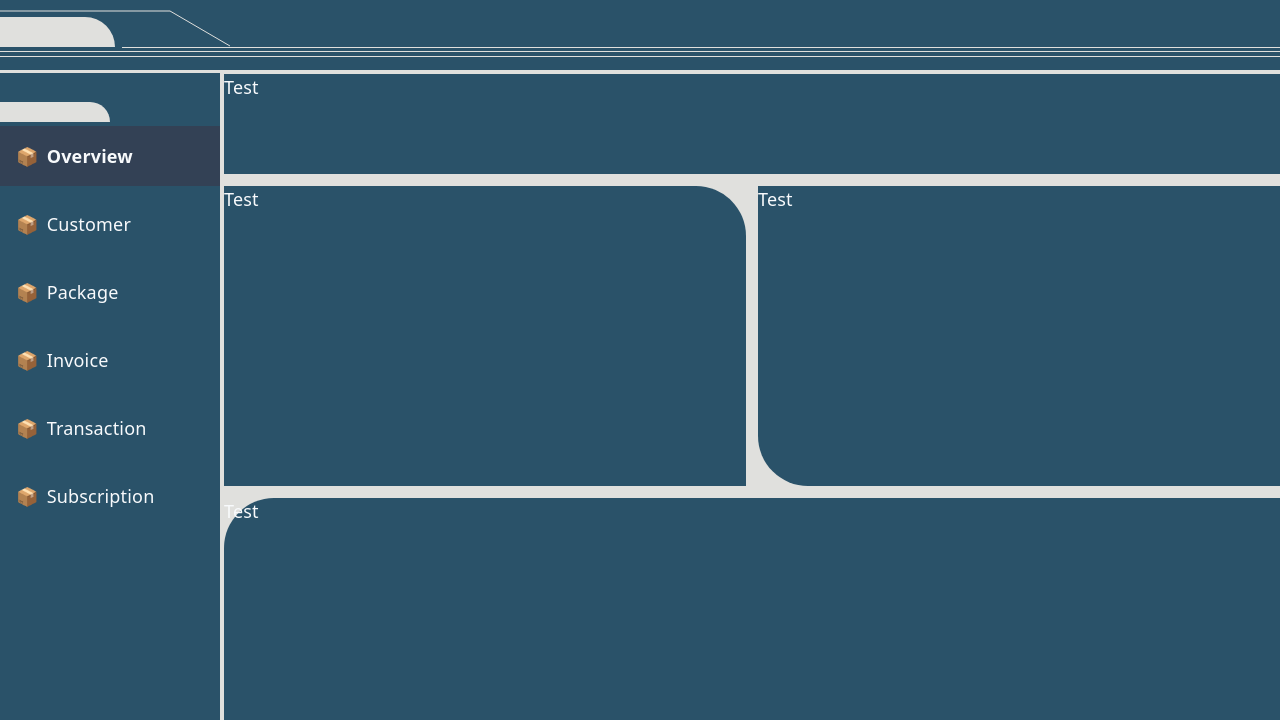
Repository: Farazdaq/stripe-payment-integration
Page: /dashboard (app in stripe-integration-react-dashboard/)
These files come from the project's save history. The page is drawn as it stood at one moment and after the next save; the edit follows.
The browser window is 1280 px wide. The pictures show the whole page.
An inner scrolling area shows only its first screen. The project was rebuilt for these pictures with package versions that can differ from the ones it lists, and the page was loaded fresh each time. Also part of the build but not shown: stripe-integration-react-dashboard/vite.config.ts, stripe-integration-react-dashboard/src/App.css, stripe-integration-react-dashboard/src/features/dashboard/pages/Customer.tsx, stripe-integration-react-dashboard/src/features/dashboard/pages/Package.tsx, stripe-integration-react-dashboard/src/features/dashboard/pages/Invoice.tsx, stripe-integration-react-dashboard/src/features/dashboard/pages/Transaction.tsx, stripe-integration-react-dashboard/src/features/dashboard/pages/Subscription.tsx.

Above is the page before, as saved 2026-05-12 17:00:28.

After the next save:
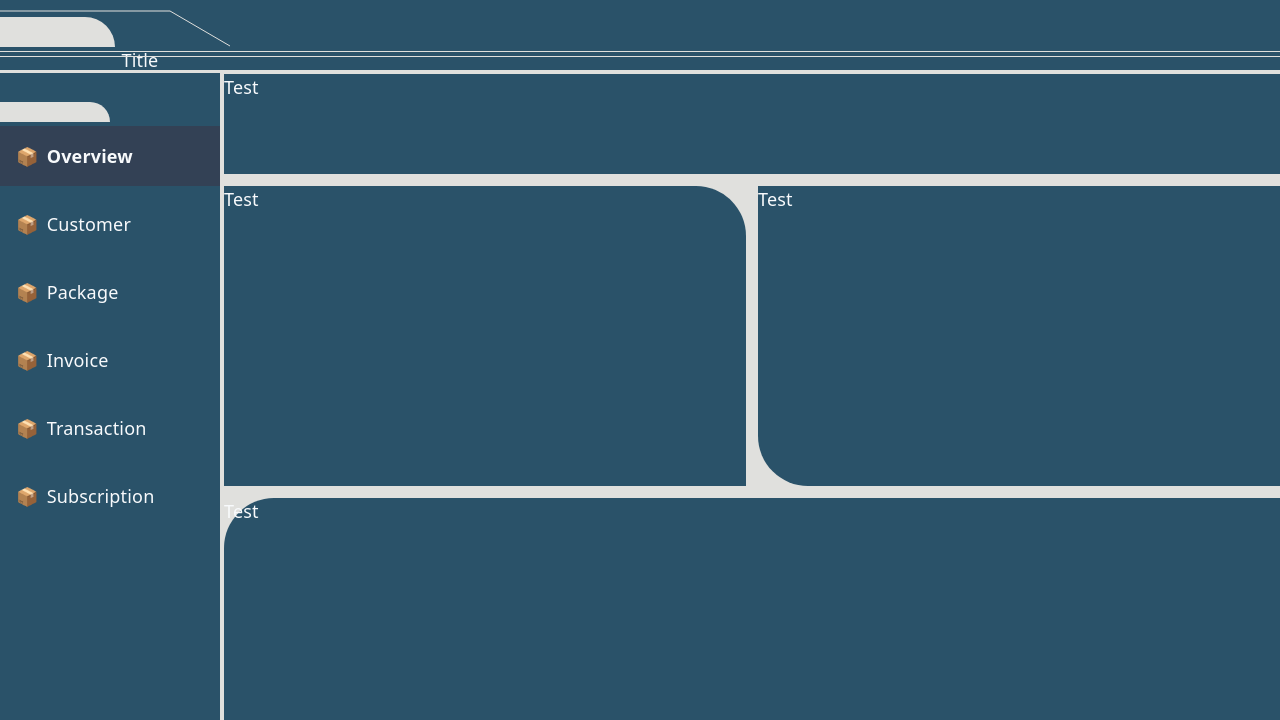
Saved 60 s later.
--- a/stripe-integration-react-dashboard/src/features/dashboard/layout/Navbar.tsx
+++ b/stripe-integration-react-dashboard/src/features/dashboard/layout/Navbar.tsx
@@ -30,7 +30,10 @@
           />
 
           <div className="ml-[9.5%] mb-1">
-            <LineDivider color="#E0E0DD" thickness="1px" />
+            <div className="flex flex-col">
+              <p>Title</p>
+              <LineDivider color="#E0E0DD" thickness="1px" />
+            </div>
           </div>
         </div>
 

After the 2 saves that followed:
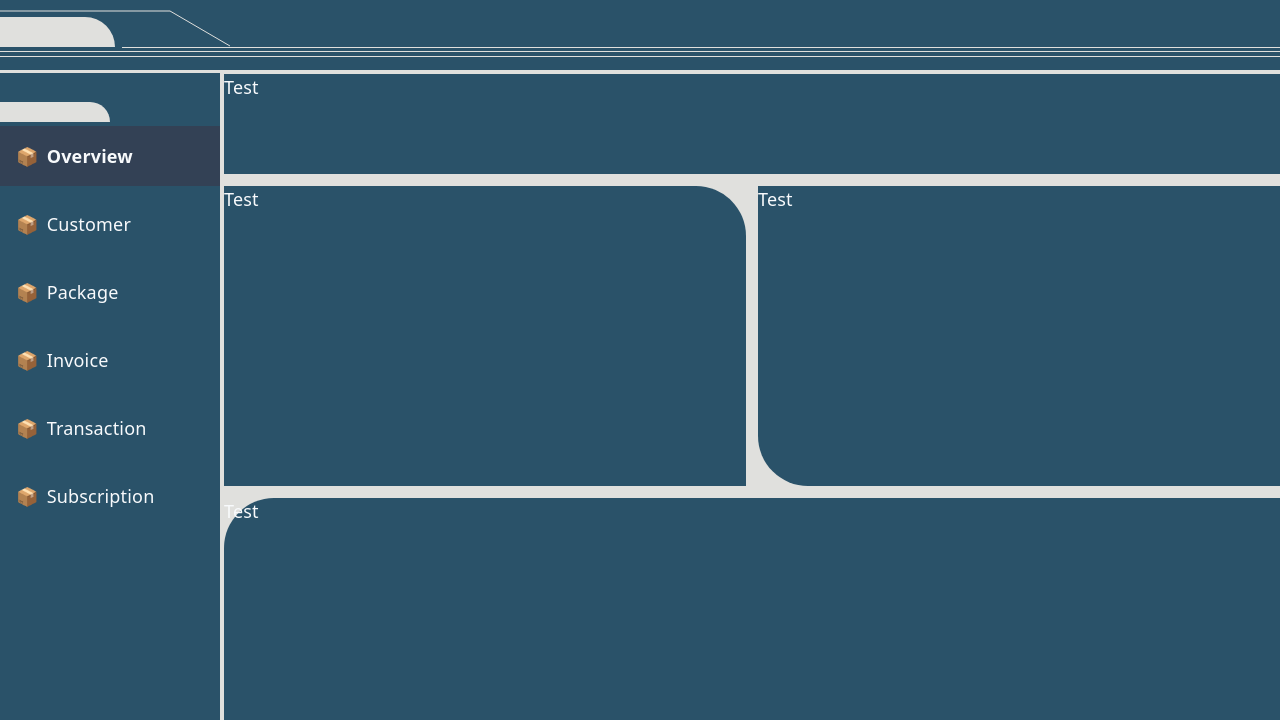
The 2 saves are shown as one change because 1 left the picture as it was.
The last was saved 38 s later.
--- a/stripe-integration-react-dashboard/src/features/dashboard/layout/Navbar.tsx
+++ b/stripe-integration-react-dashboard/src/features/dashboard/layout/Navbar.tsx
@@ -30,10 +30,7 @@
           />
 
           <div className="ml-[9.5%] mb-1">
-            <div className="flex flex-col">
-              <p>Title</p>
-              <LineDivider color="#E0E0DD" thickness="1px" />
-            </div>
+            <LineDivider color="#E0E0DD" thickness="1px" />
           </div>
         </div>
 
